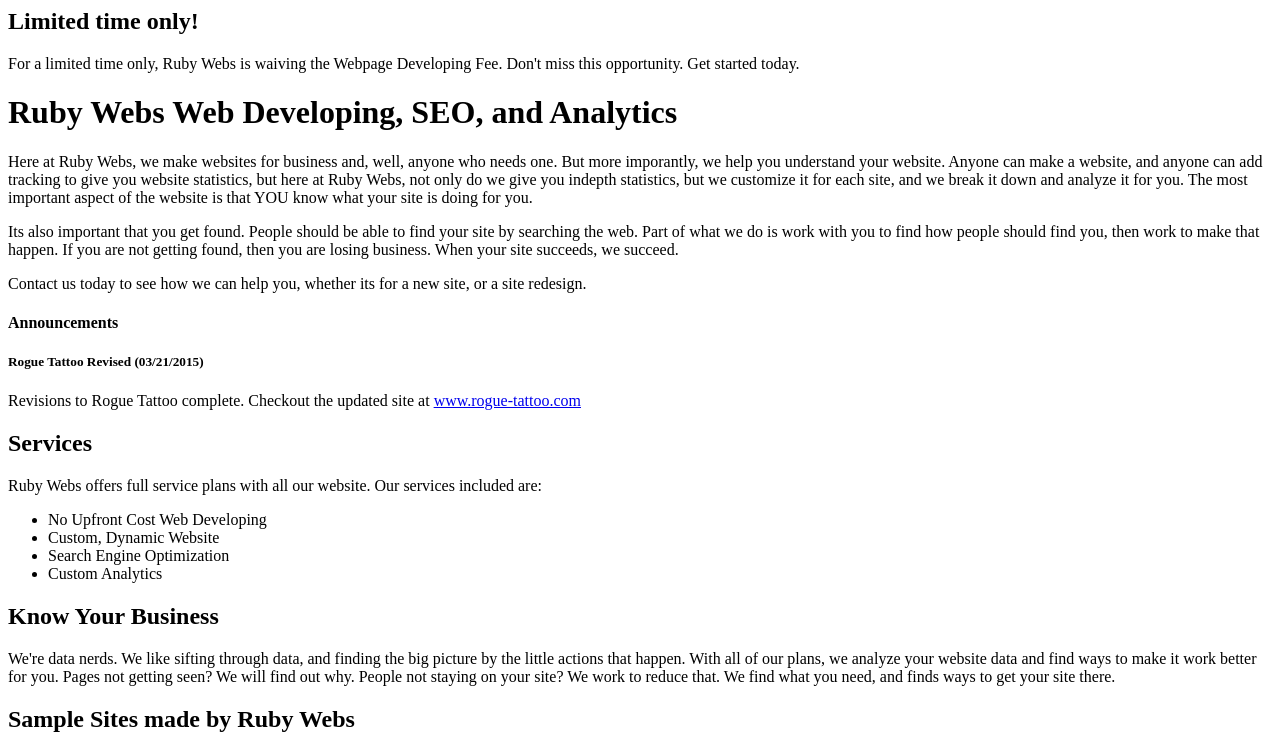
Repository: nlblunt/rubywebs
Page: app/assets/javascripts/html/index.html
The author's editor kept a record of every edit. The page is drawn from the files as they stood at one moment, then again after the next edit.
The browser window is 1280 px wide. The pictures show the part of the page from y = 0 to 733 px (the page is 1113 px tall).
A picture or video elsewhere on the page could not be fetched, so the positions and the page height are approximate.

Above is the page before.

After the next edit:
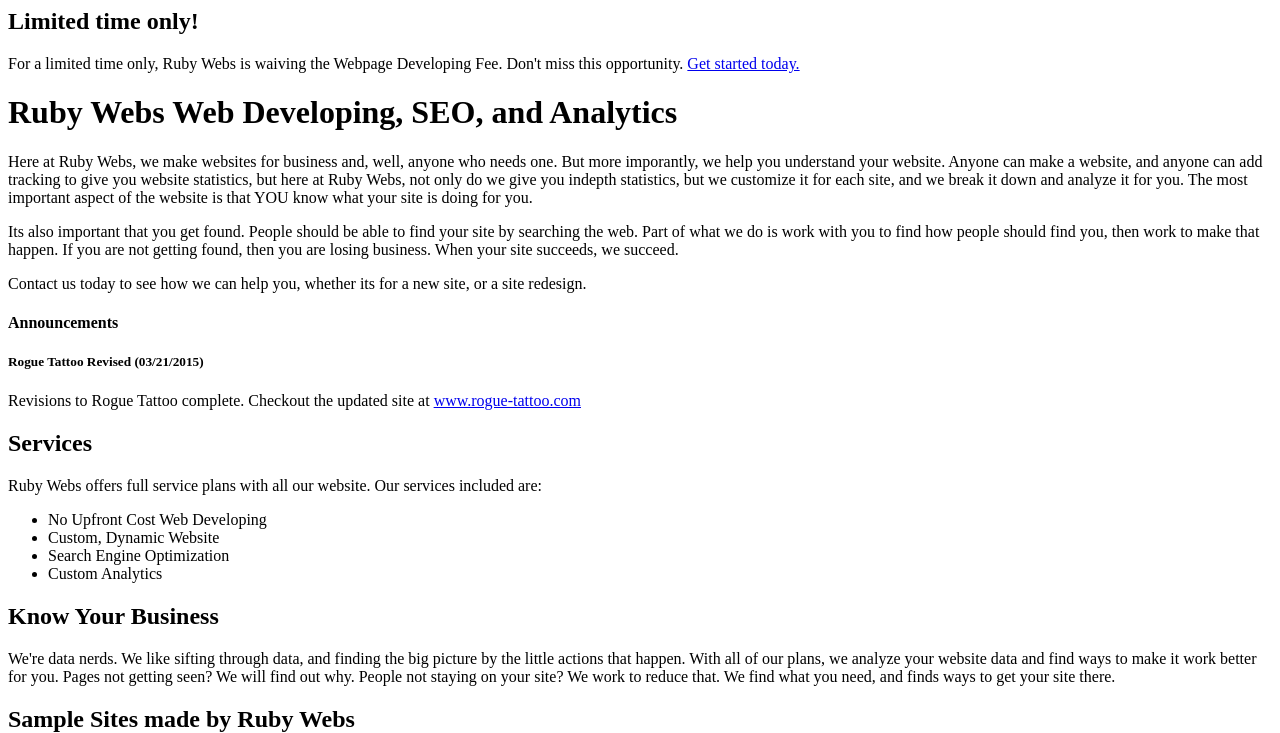
The edit:
--- a/app/assets/javascripts/html/index.html
+++ b/app/assets/javascripts/html/index.html
@@ -3,11 +3,11 @@
   <rw-header></rw-header>
 
   <div class="content">
-    <div class="row">
-      <div class="col-sm-6 col-offset-3">
-        <h2>Limited time only!</h2>
-        <p>For a limited time only, Ruby Webs is waiving the Webpage Developing Fee.  Don't miss this opportunity.  Get started
-        today.</p>
+    <div id="special" class="row">
+      <div class="col-sm-6 col-sm-offset-3">
+        <h2 class="text-center">Limited time only!</h2>
+        <p class="text-justify">For a limited time only, Ruby Webs is waiving the Webpage Developing Fee.  Don't miss this opportunity.
+        <a href="/#!/request">Get started today.</a></p>
       </div>
     </div>
     <div class="row">
